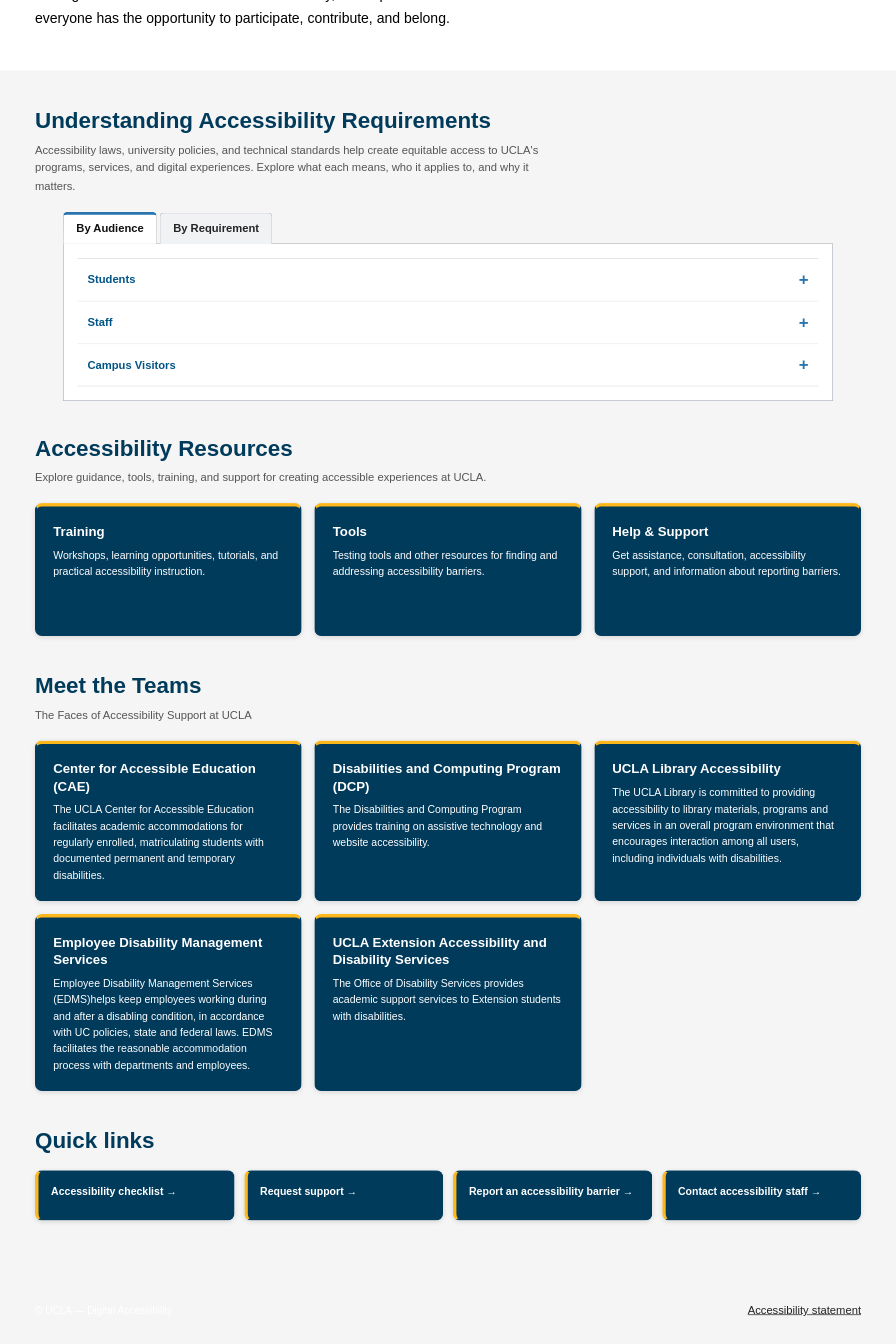
Repository: PSunnywell/UCLA-A11y-barrier-page
Page: index_tabs_with_accordions.html
These files come from the project's save history. The page is drawn as it stood at one moment and after the next save; the edit follows.
The browser window is 1280 px wide. The pictures show the part of the page from y = 684 to 2604 px (the page is 2604 px tall), at 70% of full size.

Above is the page before, as saved 2026-10-13 17:22:10.
Not found: search.js

After the next save:
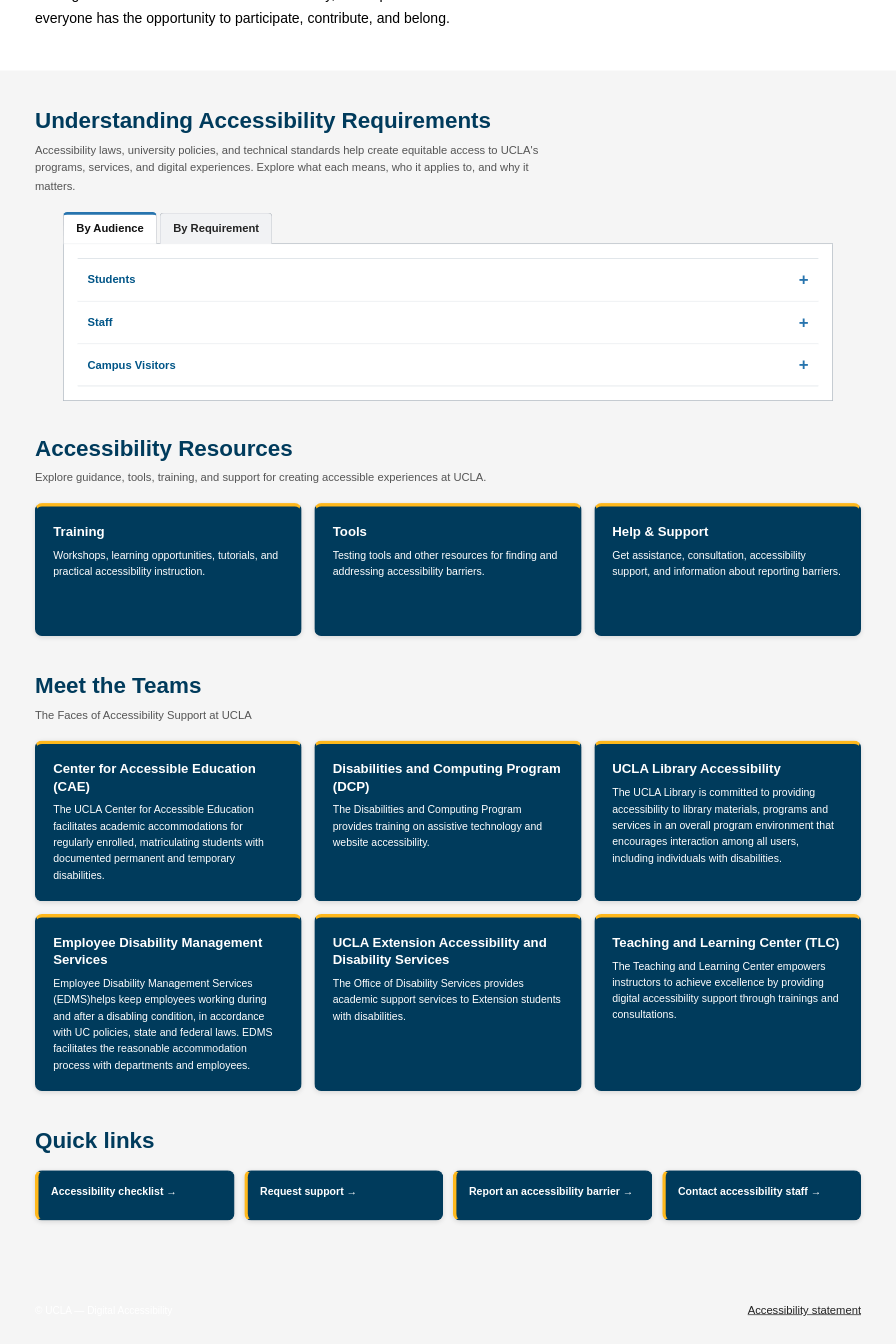
Saved 3 min 52 s later.
--- a/index_tabs_with_accordions.html
+++ b/index_tabs_with_accordions.html
@@ -286,6 +286,18 @@
           </p>
         </a>
 
+          <!-- CARD 5 -->
+        <a
+          class="resource-card is-dark"
+          href="TLC.html" >
+          <h3>Teaching and Learning Center (TLC)
+          </h3>
+
+          <p>
+            The Teaching and Learning Center empowers instructors to achieve excellence by providing digital accessibility support through trainings and consultations.
+          </p>
+        </a>
+
 
       </div>
 
